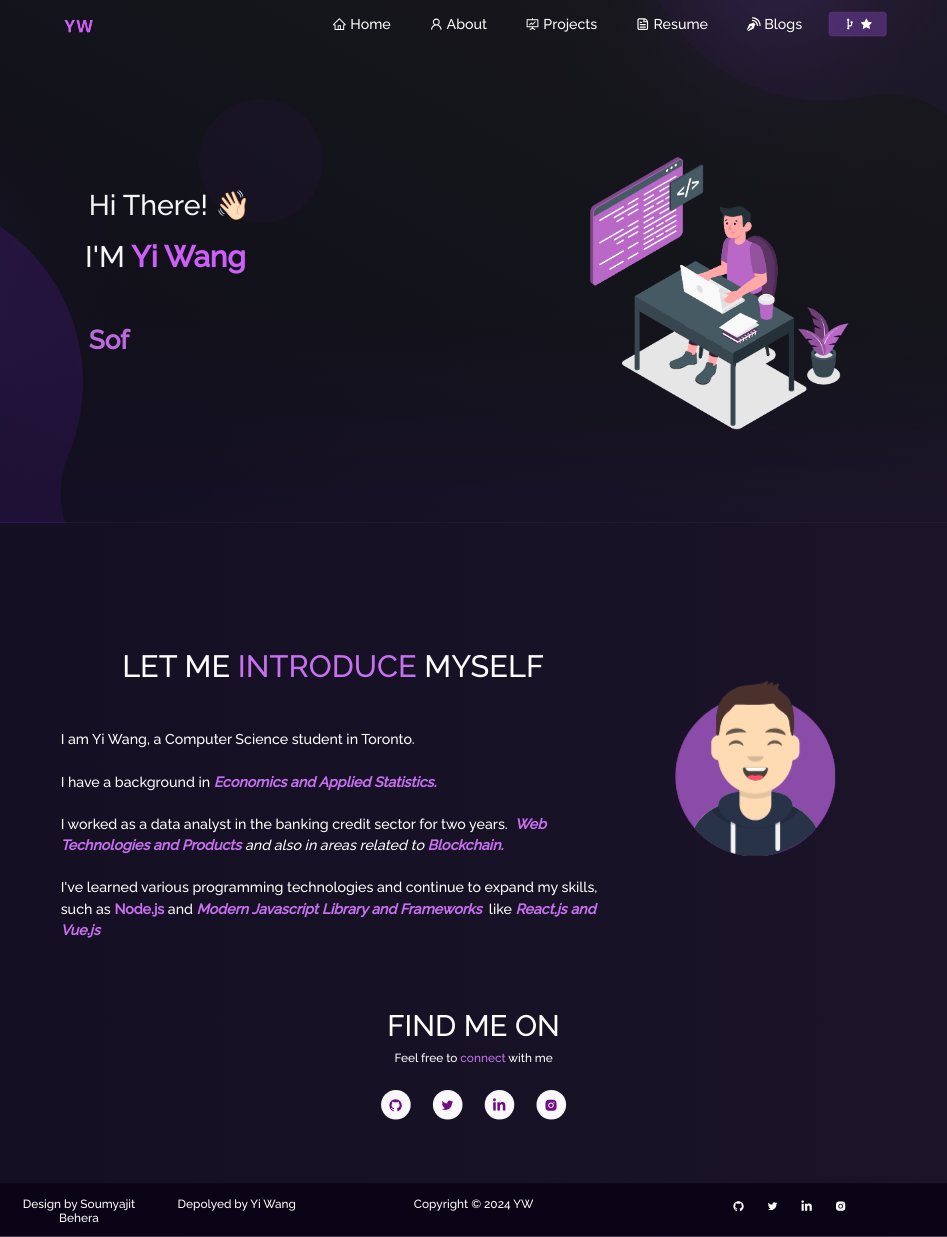
Repository: YiWang24/Portfolio
Page: /
The author's editor kept a copy of each file at every save. The page is drawn from the files as they stood at one save, then again after the next save.
The browser window is 1280 px wide. The pictures show the whole page, at 74% of full size.
The project was rebuilt for these pictures with package versions that can differ from the ones it lists, and the page was loaded fresh each time. Also part of the build but not shown: src/components/About/Github.js, src/components/About/Techstack.js, src/components/About/AboutCard.js, src/components/About/Toolstack.js, src/components/About/About.js, src/components/Projects/ProjectCards.js, src/components/Projects/Projects.js, src/components/Resume/ResumeNew.js. Imported but missing from the stored project, and not drawn on this page: src/Assets/Soumyajit_Behera-BIT_MESRA.pdf.

Above is the page before, as saved 2024-08-21 20:03:15.

### src/components/Navbar.js
import React, { useState } from "react";
import Navbar from "react-bootstrap/Navbar";
import Nav from "react-bootstrap/Nav";
import Container from "react-bootstrap/Container";
import logo from "../Assets/logo.png";
import Button from "react-bootstrap/Button";
import { Link } from "react-router-dom";
import { CgGitFork } from "react-icons/cg";
import { ImBlog } from "react-icons/im";
import {
  AiFillStar,
  AiOutlineHome,
  AiOutlineFundProjectionScreen,
  AiOutlineUser,
} from "react-icons/ai";

import { CgFileDocument } from "react-icons/cg";

function NavBar() {
  const [expand, updateExpanded] = useState(false);
  const [navColour, updateNavbar] = useState(false);

  function scrollHandler() {
    if (window.scrollY >= 20) {
      updateNavbar(true);
    } else {
      updateNavbar(false);
    }
  }

  window.addEventListener("scroll", scrollHandler);

  return (
    <Navbar
      expanded={expand}
      fixed="top"
      expand="md"
      className={navColour ? "sticky" : "navbar"}
    >
      <Container>
        <Navbar.Brand href="/" className="d-flex">
          <img src={logo} className="img-fluid logo" alt="brand" />
        </Navbar.Brand>
        <Navbar.Toggle
          aria-controls="responsive-navbar-nav"
          onClick={() => {
            updateExpanded(expand ? false : "expanded");
          }}
        >
          <span></span>
          <span></span>
          <span></span>
        </Navbar.Toggle>
        <Navbar.Collapse id="responsive-navbar-nav">
          <Nav className="ms-auto" defaultActiveKey="#home">
            <Nav.Item>
              <Nav.Link as={Link} to="/" onClick={() => updateExpanded(false)}>
                <AiOutlineHome style={{ marginBottom: "2px" }} /> Home
              </Nav.Link>
            </Nav.Item>

            <Nav.Item>
              <Nav.Link
                as={Link}
                to="/about"
                onClick={() => updateExpanded(false)}
              >
                <AiOutlineUser style={{ marginBottom: "2px" }} /> About
              </Nav.Link>
            </Nav.Item>

            <Nav.Item>
              <Nav.Link
                as={Link}
                to="/project"
                onClick={() => updateExpanded(false)}
              >
                <AiOutlineFundProjectionScreen
                  style={{ marginBottom: "2px" }}
                />{" "}
                Projects
              </Nav.Link>
            </Nav.Item>

            <Nav.Item>
              <Nav.Link
                as={Link}
                to="/resume"
                onClick={() => updateExpanded(false)}
              >
                <CgFileDocument style={{ marginBottom: "2px" }} /> Resume
              </Nav.Link>
            </Nav.Item>

            <Nav.Item>
              <Nav.Link
                href="https://soumyajitblogs.vercel.app/"
                target="_blank"
                rel="noreferrer"
              >
                <ImBlog style={{ marginBottom: "2px" }} /> Blogs
              </Nav.Link>
            </Nav.Item>

            <Nav.Item className="fork-btn">
              <Button
                href="https://github.com/soumyajit4419/Portfolio"
                target="_blank"
                className="fork-btn-inner"
              >
                <CgGitFork style={{ fontSize: "1.2em" }} />{" "}
                <AiFillStar style={{ fontSize: "1.1em" }} />
              </Button>
            </Nav.Item>
          </Nav>
        </Navbar.Collapse>
      </Container>
    </Navbar>
  );
}

export default NavBar;

### src/components/Home/Home.js
import React from "react";
import { Container, Row, Col } from "react-bootstrap";
import homeLogo from "../../Assets/home-main.svg";
import Particle from "../Particle";
import Home2 from "./Home2";
import Type from "./Type";

function Home() {
  return (
    <section>
      <Container fluid className="home-section" id="home">
        <Particle />
        <Container className="home-content">
          <Row>
            <Col md={7} className="home-header">
              <h1 style={{ paddingBottom: 15 }} className="heading">
                Hi There!{" "}
                <span className="wave" role="img" aria-labelledby="wave">
                  👋🏻
                </span>
              </h1>

              <h1 className="heading-name">
                I'M
                <strong className="main-name"> Yi Wang</strong>
              </h1>

              <div style={{ padding: 50, textAlign: "left" }}>
                <Type />
              </div>
            </Col>

            <Col md={5} style={{ paddingBottom: 20 }}>
              <img
                src={homeLogo}
                alt="home pic"
                className="img-fluid"
                style={{ maxHeight: "450px" }}
              />
            </Col>
          </Row>
        </Container>
      </Container>
      <Home2 />
    </section>
  );
}

export default Home;

### src/components/Footer.js
import React from "react";
import { Container, Row, Col } from "react-bootstrap";
import {
  AiFillGithub,
  AiOutlineTwitter,
  AiFillInstagram,
} from "react-icons/ai";
import { FaLinkedinIn } from "react-icons/fa";

function Footer() {
  let date = new Date();
  let year = date.getFullYear();
  return (
    <Container fluid className="footer">
      <Row>
        <Col md="2" className="footer-copywright">
          <h3>Design by Soumyajit Behera</h3>
        </Col>
        <Col md="2" className="footer-copywright">
          <h3>Depolyed by Yi Wang</h3>
        </Col>
        <Col md="4" className="footer-copywright">
          <h3>Copyright © {year} YW</h3>
        </Col>
        <Col md="4" className="footer-body">
          <ul className="footer-icons">
            <li className="social-icons">
              <a
                href="https://github.com/soumyajit4419"
                style={{ color: "white" }}
                target="_blank"
                rel="noopener noreferrer"
                aria-label="GitHub"
              >
                <AiFillGithub />
              </a>
            </li>
            <li className="social-icons">
              <a
                href="https://twitter.com/Soumyajit4419"
                style={{ color: "white" }}
                target="_blank"
                rel="noopener noreferrer"
              >
                <AiOutlineTwitter />
              </a>
            </li>
            <li className="social-icons">
              <a
                href="https://www.linkedin.com/in/yi-wang-51892731a/"
                style={{ color: "white" }}
                target="_blank"
                rel="noopener noreferrer"
              >
                <FaLinkedinIn />
              </a>
            </li>
            <li className="social-icons">
              <a
                href="https://www.instagram.com/soumyajit4419"
                style={{ color: "white" }}
                target="_blank"
                rel="noopener noreferrer"
              >
                <AiFillInstagram />
              </a>
            </li>
          </ul>
        </Col>
      </Row>
    </Container>
  );
}

export default Footer;

### src/components/Particle.js
import React from "react";
import Particles from "react-tsparticles";

function Particle() {
  return (
    <Particles
      id="tsparticles"
      params={{
        particles: {
          number: {
            value: 160,
            density: {
              enable: true,
              value_area: 1500,
            },
          },
          line_linked: {
            enable: false,
            opacity: 0.03,
          },
          move: {
            direction: "right",
            speed: 0.05,
          },
          size: {
            value: 1,
          },
          opacity: {
            anim: {
              enable: true,
              speed: 1,
              opacity_min: 0.05,
            },
          },
        },
        interactivity: {
          events: {
            onclick: {
              enable: true,
              mode: "push",
            },
          },
          modes: {
            push: {
              particles_nb: 1,
            },
          },
        },
        retina_detect: true,
      }}
    />
  );
}

export default Particle;

### src/components/Home/Home2.js
import React from "react";
import { Container, Row, Col } from "react-bootstrap";
import myImg from "../../Assets/avatar.svg";
import Tilt from "react-parallax-tilt";
import {
  AiFillGithub,
  AiOutlineTwitter,
  AiFillInstagram,
} from "react-icons/ai";
import { FaLinkedinIn } from "react-icons/fa";

function Home2() {
  return (
    <Container fluid className="home-about-section" id="about">
      <Container>
        <Row>
          <Col md={8} className="home-about-description">
            <h1 style={{ fontSize: "2.6em" }}>
              LET ME <span className="purple"> INTRODUCE </span> MYSELF
            </h1>
            <p className="home-about-body">
              I am Yi Wang, a Computer Science student in Toronto.
              <br />
              <br />I have a background in
              <i>
                <b className="purple"> Economics and Applied Statistics. </b>
              </i>
              <br />
              <br />
              I worked as a data analyst in the banking credit sector for two years. &nbsp;
              <i>
                <b className="purple">Web Technologies and Products </b> and
                also in areas related to <b className="purple">Blockchain.</b>
              </i>
              <br />
              <br />
              I've learned various programming technologies and continue to expand my skills, such as  <b className="purple">Node.js</b> and
              <i>
                <b className="purple">
                  {" "}
                  Modern Javascript Library and Frameworks
                </b>
              </i>
              &nbsp; like
              <i>
                <b className="purple"> React.js and Vue.js</b>
              </i>
              <br />
              <br />


            </p>
          </Col>
          <Col md={4} className="myAvtar">
            <Tilt>
              <img src={myImg} className="img-fluid" alt="avatar" />
            </Tilt>
          </Col>
        </Row>
        <Row>
          <Col md={12} className="home-about-social">
            <h1>FIND ME ON</h1>
            <p>
              Feel free to <span className="purple">connect </span>with me
            </p>
            <ul className="home-about-social-links">
              <li className="social-icons">
                <a
                  href="https://github.com/YiWang24"
                  target="_blank"
                  rel="noreferrer"
                  className="icon-colour  home-social-icons"
                >
                  <AiFillGithub />
                </a>
              </li>
              <li className="social-icons">
                <a
                  href="https://twitter.com/Soumyajit4419"
                  target="_blank"
                  rel="noreferrer"
                  className="icon-colour  home-social-icons"
                >
                  <AiOutlineTwitter />
                </a>
              </li>
              <li className="social-icons">
                <a
                  href="https://www.linkedin.com/in/soumyajit4419/"
                  target="_blank"
                  rel="noreferrer"
                  className="icon-colour  home-social-icons"
                >
                  <FaLinkedinIn />
                </a>
              </li>
              <li className="social-icons">
                <a
                  href="https://www.instagram.com/soumyajit4419"
                  target="_blank"
                  rel="noreferrer"
                  className="icon-colour home-social-icons"
                >
                  <AiFillInstagram />
                </a>
              </li>
            </ul>
          </Col>
        </Row>
      </Container>
    </Container>
  );
}
export default Home2;

Loaded but not shown: public/index.html (common file); src/index.js (common file); src/index.css (common file); src/App.js (common file); src/reportWebVitals.js (common file); src/components/Pre.js (common file); src/components/ScrollToTop.js (common file); src/style.css (common file); src/App.css (common file); src/components/Home/Type.js (common file)

After the next save:
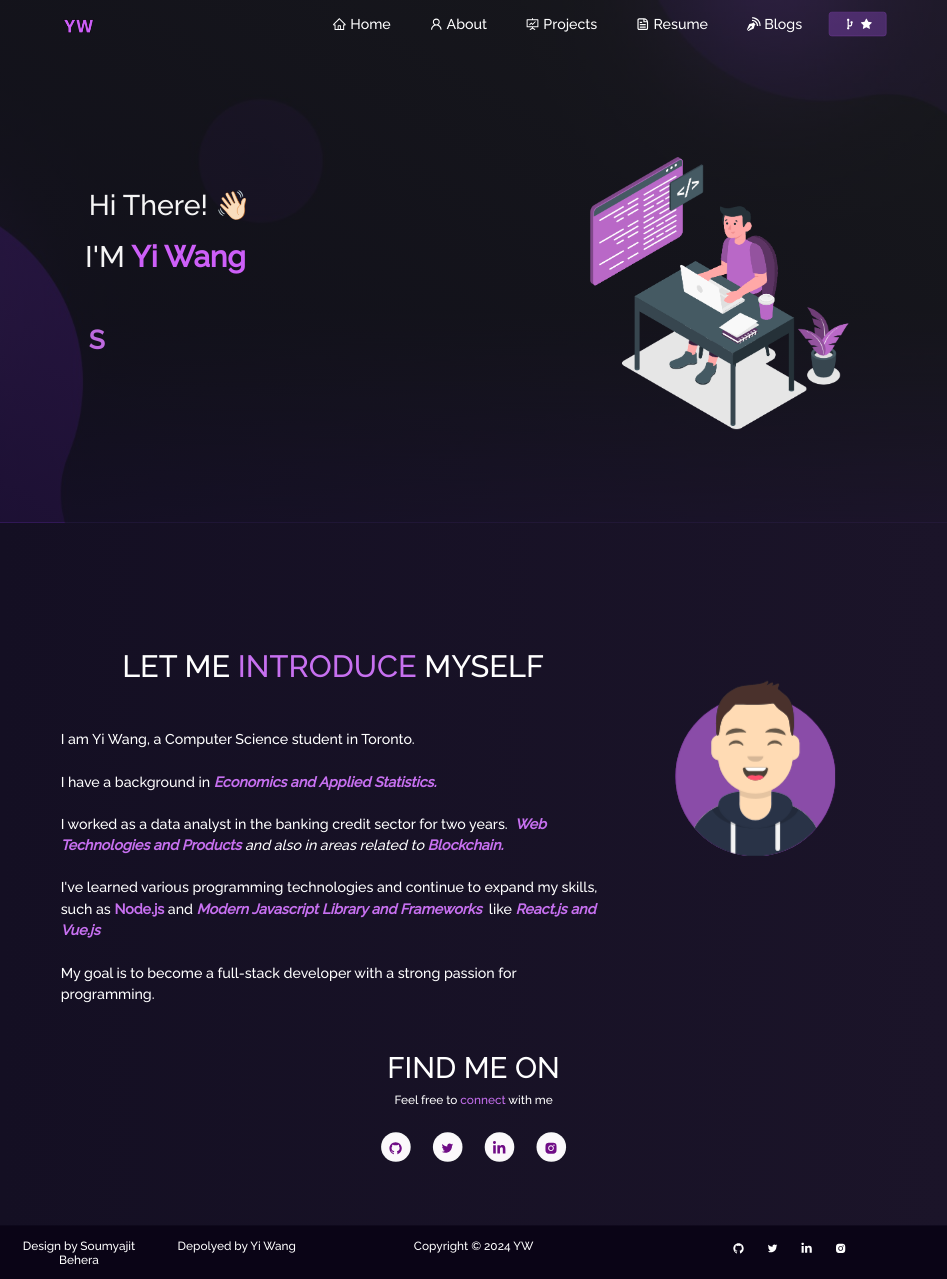
Saved 7 s later.
--- a/src/components/Home/Home2.js
+++ b/src/components/Home/Home2.js
@@ -47,7 +47,7 @@ function Home2() {
               </i>
               <br />
               <br />
-
+              My goal is to become a full-stack developer with a strong passion for programming.
 
             </p>
           </Col>
